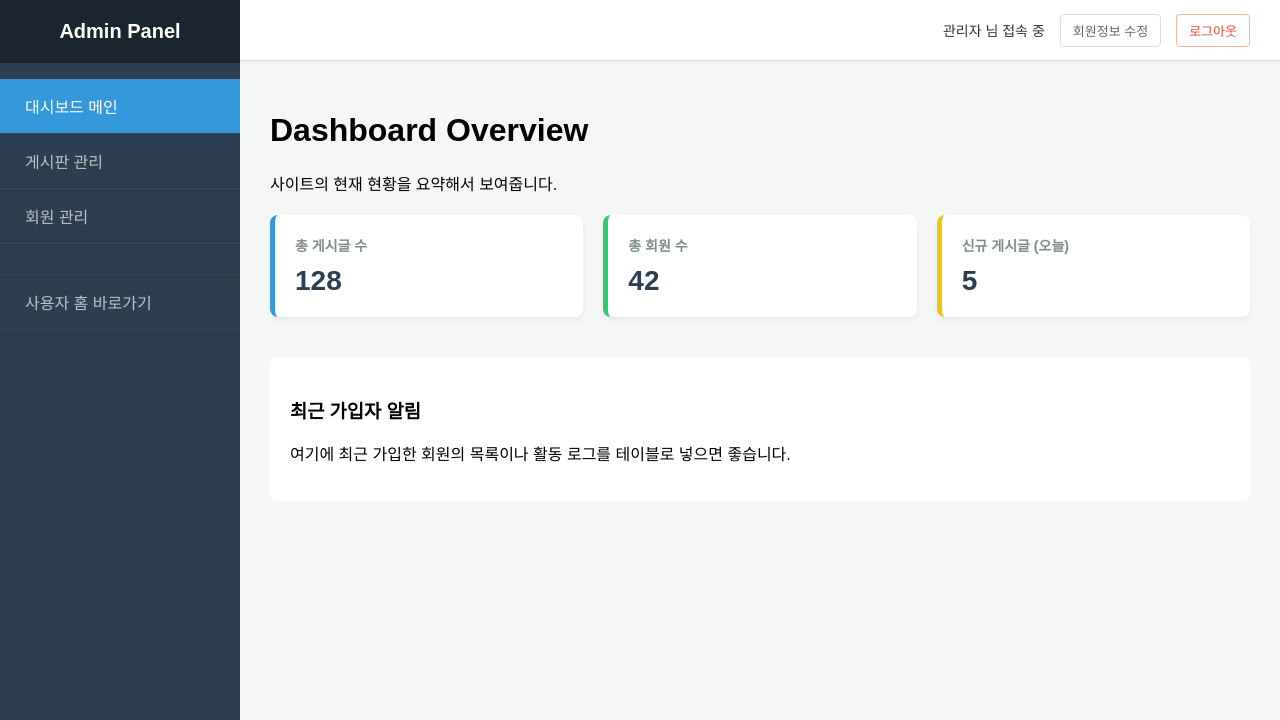
Repository: cjoh0407-ctrl/spring_legacy_project
Page: http://localhost/project/WEB-INF/views/admin/main.jsp
An editor plug-in stored every save of this project. The page is shown before and after the next save, followed by the edit.
The browser window is 1280 px wide. The pictures show the whole page.
The page is served by Tomcat 10. Nobody is signed in. The template is opened directly, without the code that normally fills it, so the values that code supplies are empty.

Above is the page before, as saved 2026-01-05 01:49:00.

After the next save:
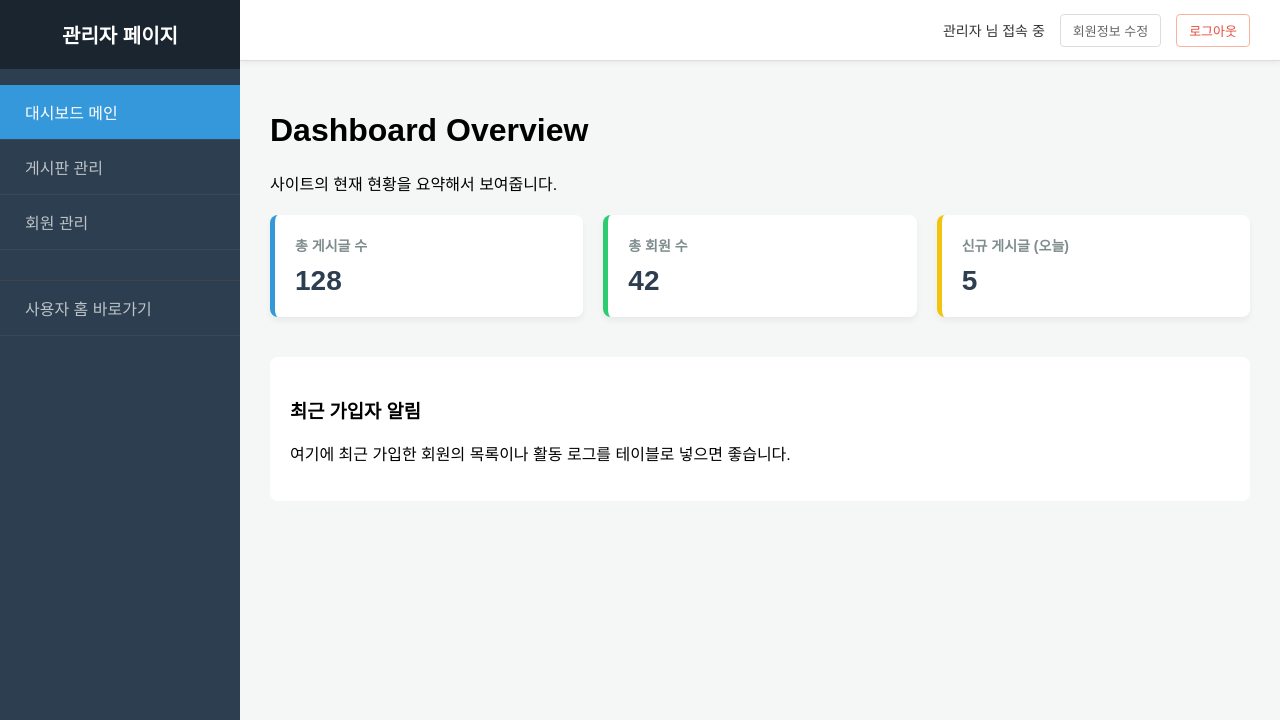
Saved 3 h 23 min later.
--- a/project/src/main/webapp/WEB-INF/views/admin/main.jsp
+++ b/project/src/main/webapp/WEB-INF/views/admin/main.jsp
@@ -39,7 +39,7 @@
 <body>
 
     <div class="sidebar">
-        <div class="sidebar-header">Admin Panel</div>
+        <div class="sidebar-header">관리자 페이지</div>
         <ul class="sidebar-menu">
             <li><a href="/admin/main" class="active">대시보드 메인</a></li>
             <li><a href="/admin/board/list">게시판 관리</a></li>
